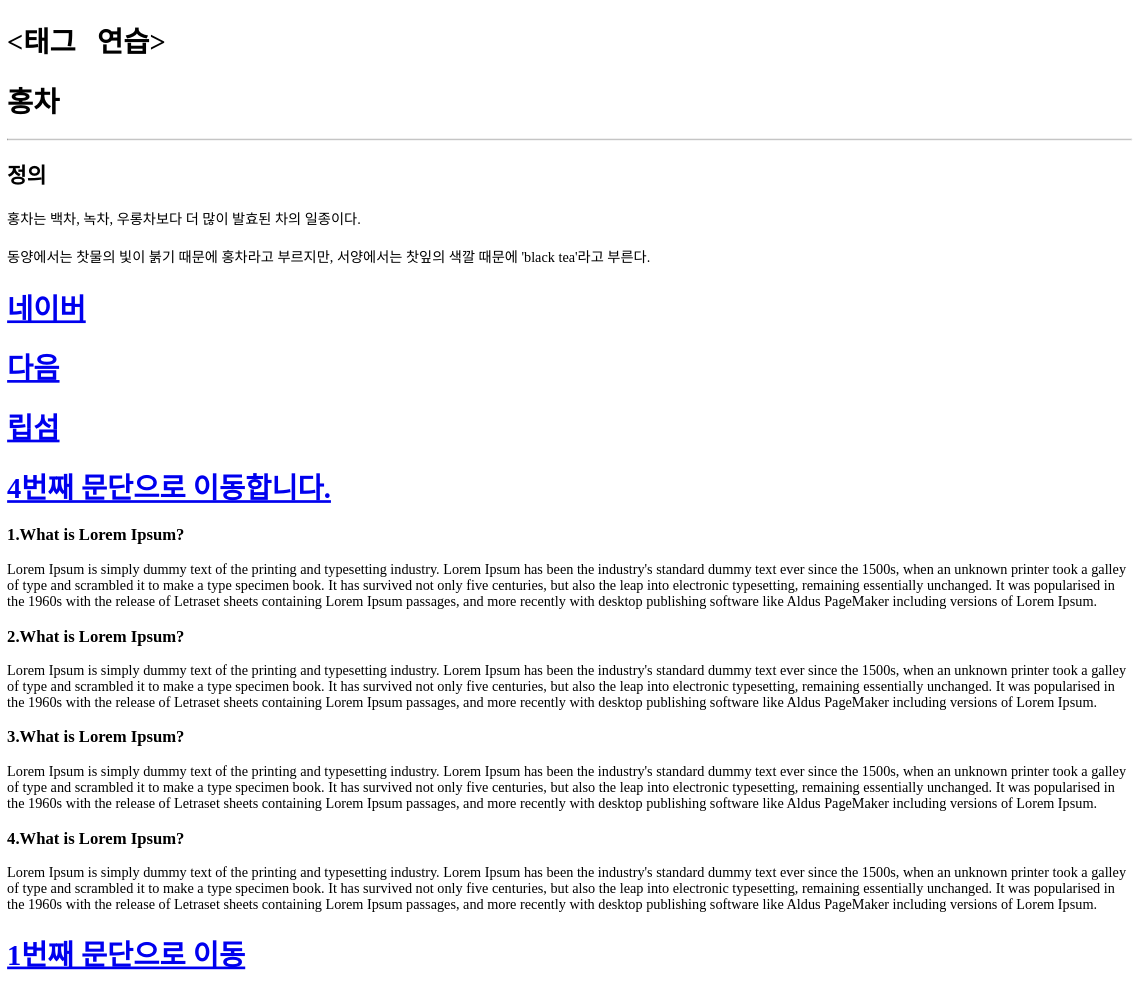
Repository: blinggg/html_git
Page: 0406/ex0406/WebContent/ex03.html
These files come from the project's save history. The page is drawn as it stood at one moment and after the next save; the edit follows.
The browser window is 1280 px wide. The pictures show the whole page, at 89% of full size.

Above is the page before, as saved 2020-04-06 02:14:56.

### 0406/ex0406/WebContent/ex03.html
<!DOCTYPE html>
<html>
<head>
<meta charset="UTF-8">
<title>연습3</title>
</head>
<body>
	<h1>&lt;태그&nbsp;&nbsp;&nbsp;연습&gt;</h1>
	<h1>홍차</h1>
	<hr/>
	<h2>정의</h2>
	<p>
		홍차는 백차, 녹차, 우롱차보다 더 많이 발효된 차의 일종이다.<br><br>
		동양에서는 찻물의 빛이 붉기 때문에 홍차라고 부르지만, 서양에서는 찻잎의 색깔 때문에 'black tea'라고 부른다.
	</p>
	<h1><a href="http://naver.com">네이버</a></h1>
	<h1><a href="http://daum.net">다음</a></h1>
	<h1><a href="http://lipsum.com">립섬</a></h1>
	<h1><a href="#p4">4번째 문단으로 이동합니다.</a></h1>

		<h3 id="p1">1.What is Lorem Ipsum?</h3>
	<p>
	Lorem Ipsum is simply dummy text of the printing and typesetting industry.
	Lorem Ipsum has been the industry's standard dummy text ever since the 1500s,
	when an unknown printer took a galley of type and scrambled it to make a type specimen book.
	It has survived not only five centuries, but also the leap into electronic typesetting,
	remaining essentially unchanged.
	It was popularised in the 1960s with the release of Letraset sheets containing Lorem Ipsum passages,
	and more recently with desktop publishing software like Aldus PageMaker including versions of Lorem Ipsum.

	</p>
		<h3 id="p2">2.What is Lorem Ipsum?</h3>
	<p>
	Lorem Ipsum is simply dummy text of the printing and typesetting industry.
	Lorem Ipsum has been the industry's standard dummy text ever since the 1500s,
	when an unknown printer took a galley of type and scrambled it to make a type specimen book.
	It has survived not only five centuries, but also the leap into electronic typesetting,
	remaining essentially unchanged.
	It was popularised in the 1960s with the release of Letraset sheets containing Lorem Ipsum passages,
	and more recently with desktop publishing software like Aldus PageMaker including versions of Lorem Ipsum.

	</p>
		<h3>3.What is Lorem Ipsum?</h3>
	<p>
	Lorem Ipsum is simply dummy text of the printing and typesetting industry.
	Lorem Ipsum has been the industry's standard dummy text ever since the 1500s,
	when an unknown printer took a galley of type and scrambled it to make a type specimen book.
	It has survived not only five centuries, but also the leap into electronic typesetting,
	remaining essentially unchanged.
	It was popularised in the 1960s with the release of Letraset sheets containing Lorem Ipsum passages,
	and more recently with desktop publishing software like Aldus PageMaker including versions of Lorem Ipsum.

	</p>
		<h3 id="p4">4.What is Lorem Ipsum?</h3>
	<p>
	Lorem Ipsum is simply dummy text of the printing and typesetting industry.
	Lorem Ipsum has been the industry's standard dummy text ever since the 1500s,
	when an unknown printer took a galley of type and scrambled it to make a type specimen book.
	It has survived not only five centuries, but also the leap into electronic typesetting,
	remaining essentially unchanged.
	It was popularised in the 1960s with the release of Letraset sheets containing Lorem Ipsum passages,
	and more recently with desktop publishing software like Aldus PageMaker including versions of Lorem Ipsum.

	</p>

	<h1><a href="#p1">1번째 문단으로 이동</a></h1>
</body>
</html>

After the next save:
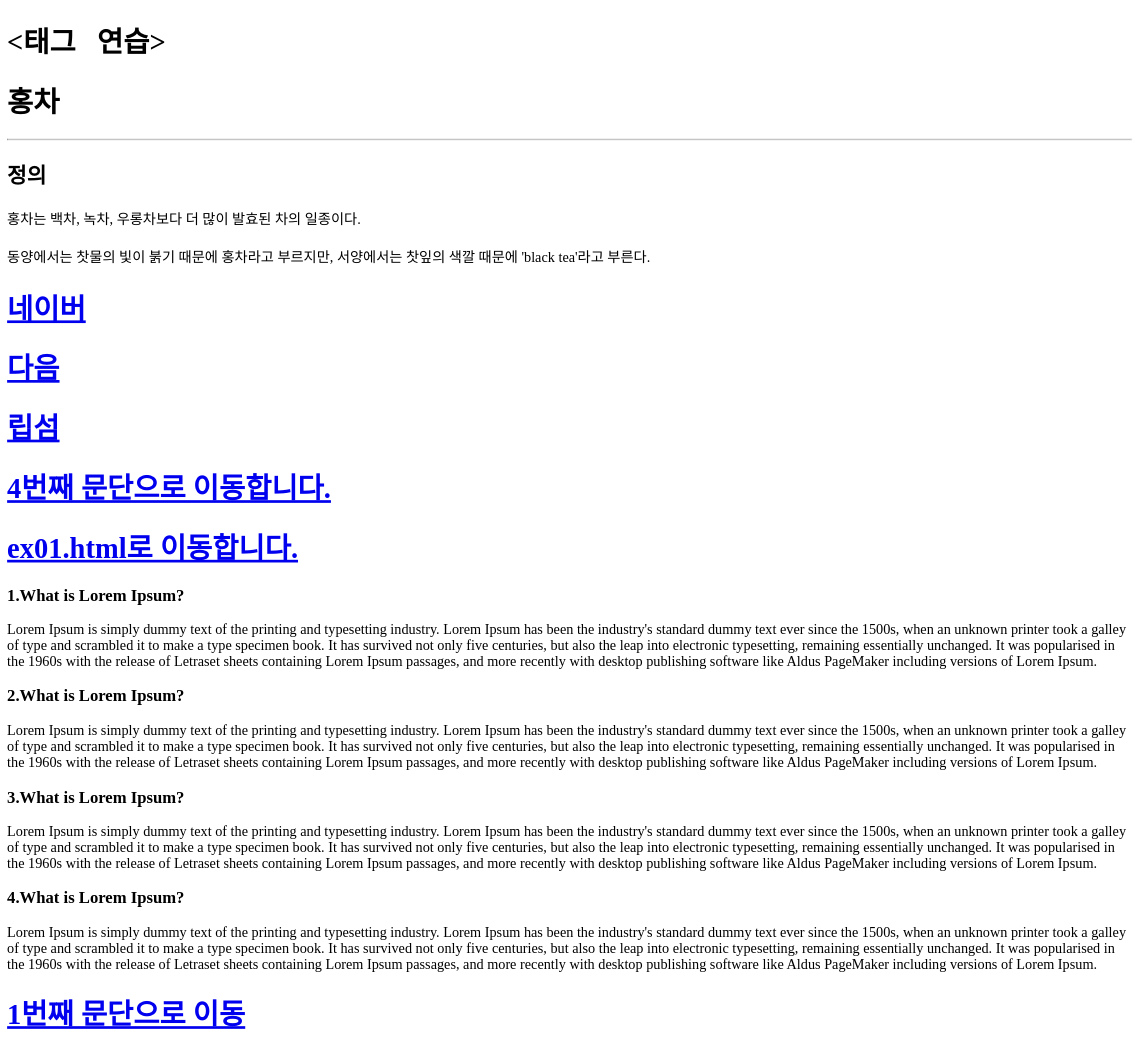
Saved 2 min 29 s later.
--- a/0406/ex0406/WebContent/ex03.html
+++ b/0406/ex0406/WebContent/ex03.html
@@ -17,6 +17,7 @@
 	<h1><a href="http://daum.net">다음</a></h1>
 	<h1><a href="http://lipsum.com">립섬</a></h1>
 	<h1><a href="#p4">4번째 문단으로 이동합니다.</a></h1>
+	<h1><a href="ex01.html">ex01.html로 이동합니다.</a></h1>
 
 		<h3 id="p1">1.What is Lorem Ipsum?</h3>
 	<p>
